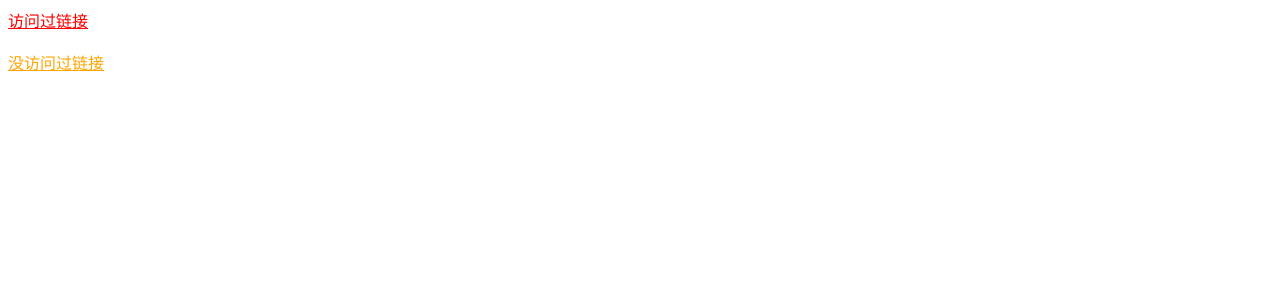
Repository: Romic77/css-test
Page: a标签的伪元素.html
An editor plug-in stored every save of this project. The page is shown before and after the next save, followed by the edit.
The browser window is 1280 px wide. The pictures show the whole page.
The first visible `a` is being pressed.

Above is the page before, as saved 2022-09-02 21:52:45.

After the next save:
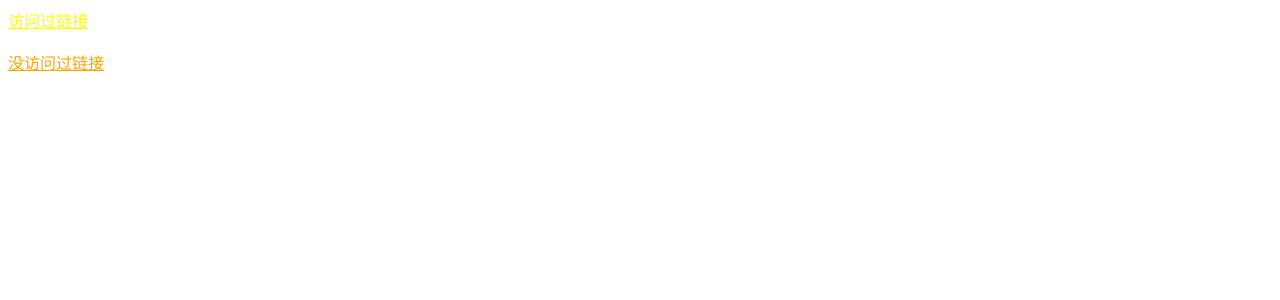
Saved 10 min 45 s later.
--- a/a标签的伪元素.html
+++ b/a标签的伪元素.html
@@ -15,6 +15,10 @@
         a:visited {
             color: orange;
         }
+
+        a:active {
+            color: yellow;
+        }
     </style>
 </head>
 
